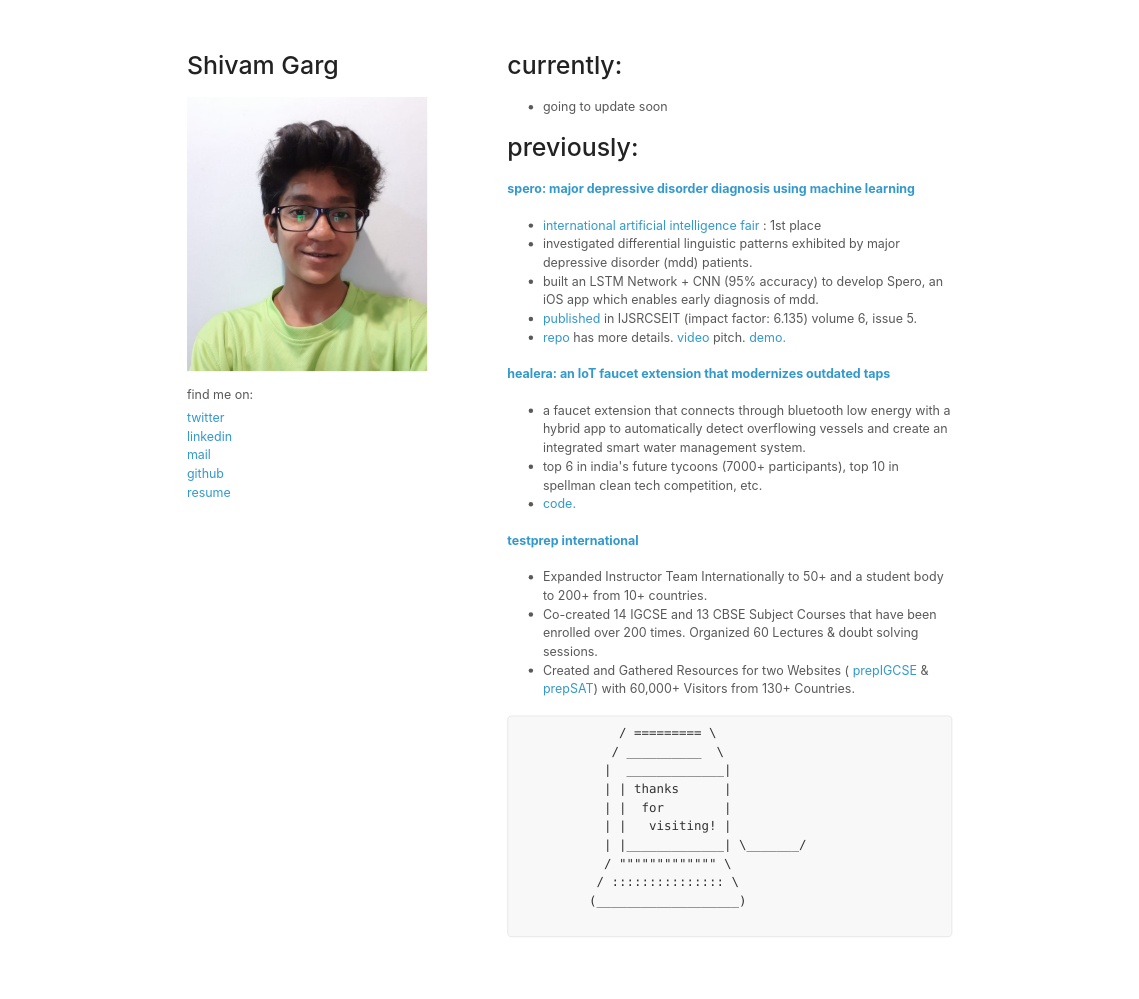
Repository: 22shivam/22shivam.github.io
Page: index.html
The author's editor kept a copy of each file at every save. The page is drawn from the files as they stood at one save, then again after the next save.
The browser window is 1280 px wide. The pictures show the whole page, at 89% of full size.

Above is the page before, as saved 2024-06-17 19:05:16.

### index.html
<!doctype html>
<html>

<head>
  <meta charset="utf-8">
  <meta http-equiv="X-UA-Compatible" content="chrome=1">
  <title>Shivam Garg</title>

  <link rel="apple-touch-icon" sizes="180x180" href="assets/favicon/apple-touch-icon.png">
  <link rel="icon" type="image/png" sizes="32x32" href="assets/favicon/favicon-32x32.png">
  <link rel="icon" type="image/png" sizes="16x16" href="assets/favicon/favicon-16x16.png">
  <link rel="manifest" href="assets/favicon/site.webmanifest">
  <title>Shivam Garg</title>
  <meta charset="utf-8">
  <meta name="description" content="hi i am shivam! i love making and learning about new things">
  <meta name="keywords" content="Shivam Garg, Shivam, Personal Website, smgarg, Shivam Manish Garg">
  <link rel="author" href="https://plus.google.com/{{googlePlusId}}" />
  <!-- TODO: fix link below -->
  <link rel="canonical" href="/" />
  <meta name="author" content="Shivam Garg">


  <link rel="stylesheet" href="css/styles.css">
  <link rel="stylesheet" href="css/pygment_trac.css">
  <meta name="viewport" content="width=device-width">
  <!--[if lt IE 9]>
    <script src="//html5shiv.googlecode.com/svn/trunk/html5.js"></script>
    <![endif]-->
</head>

<body>
  <div class="wrapper">
    <header>
      <h1>Shivam Garg</h1>
      <img src="assets/publicPhoto.jpeg" alt="Shivam Garg" height="" width="">
      <p style="margin-bottom: 5px; margin-top: 10px;">find me on:</p>
      <div class="view"><a href="https://twitter.com/0xshivamg/" target="_blank">twitter</a></div>
      <div class="view"><a href="https://www.linkedin.com/in/shivammgarg" target="_blank">linkedin</a></div>
      <div class="view"><a href="mailto:shivamg2604@gmail.com" target="_blank">mail</a></div>
      <div class="view"><a href="https://github.com/22shivam/" target="_blank">github</a></div>
      <div class="view"><a href="/resume.pdf" target="_blank">resume</a></div>

    </header>
    <section>
      <h1>currently:</h1>

      <ul>
        <li> going to update soon</li>
        <!-- <li> dabbling with Web3 stuff, Solidity, and DApp development </li>
        <li> currently building <a href="https://ratemyfood.tech/" target="_blank"> ratemyfood.tech </a></li> -->
        <!-- <li> reading the psychology of money </li> -->

      </ul>


      <h1>previously:</h1>

      <p><a href="#"><b>spero: major depressive disorder diagnosis using machine learning</b></a></p>
      <ul>
        <li><a href="https://www.facebook.com/watch/?v=3315503535234343" target="_blanket">international artificial
            intelligence fair </a>: 1st place</li>
        <li> investigated differential linguistic patterns exhibited by major depressive disorder (mdd) patients. </li>
        <li> built an LSTM Network + CNN (95% accuracy) to develop Spero, an iOS app which enables early diagnosis of
          mdd. </li>
        <li> <a href="https://drive.google.com/file/d/13emORumQpy178YOz-o1TLWc3oEMG_0Zk/view?usp=sharing"
            target="_blank">published</a> in IJSRCSEIT (impact factor: 6.135) volume 6, issue 5. </li>
        <li><a href="https://github.com/yumibyte/DepressionAnalysisApp" target="_blank">repo</a> has more details. <a
            href="https://youtu.be/BRpB7O93rG8" target="_blank">video </a>pitch. <a
            href="https://drive.google.com/file/d/1xZBEsI2Kvl0hXr1HkGOkEOxA6GYMHvkU/view?usp=sharing"
            target="_blank">demo.</a></li>
      </ul>

      <p><a href="#"><b>healera: an IoT faucet extension that modernizes outdated taps</b></a></p>
      <ul>
        <li> a faucet extension that connects through bluetooth low energy with a hybrid app to automatically detect
          overflowing vessels and create an integrated smart water management system. </li>
        <li>top 6 in india's future tycoons (7000+ participants), top 10 in spellman clean tech competition, etc.</li>
        <li><a href="https://create.arduino.cc/editor/shivam26/1d686c51-6e04-4531-b3fc-80d3e8be87ea/preview"
            target="_blank">code.</a> </li>
      </ul>

      <p><a href="https://testprepintl.wixsite.com/testprep" target="_blank"><b>testprep international</b></a></p>
      <ul>
        <li>Expanded Instructor Team Internationally to 50+ and a student body to 200+ from 10+ countries.</li>
        <li>Co-created 14 IGCSE and 13 CBSE Subject Courses that have been enrolled over 200 times. Organized 60
          Lectures & doubt solving sessions. </li>
        <li>Created and Gathered Resources for two Websites ( <a href="https://igcse.school.blog/"
            target="_blank">prepIGCSE</a> & <a href="https://prepsatinfo.wordpress.com/" target="_blank">prepSAT</a>)
          with 60,000+ Visitors from 130+ Countries. </li>
      </ul>

      <!-- <p><a href="https://covidhope.litcot.org/" target="_blank"><b>the covidhope initiative</b></a></p>
      <ul>
        <li>recruited 17 editors and designers for the 216-page anthology and oversaw internal operations.</li>
        <li>released anthology in several online stores.</li>
        <li>recognised by <a
            href="https://www.unmgcy.org/youth-initiatives/2020/9/9/the-covidhope-initiative?fbclid=IwAR1hHeQ0HqLZF7lZqmeBwSabEhB1bpDe8zFZsVwr8dct0wwqOb93iT0AzrM"
            target="_blank">united nations major group for children and youth</a> and WHO's weekly operational update on
          covid-19 (<a
            href="https://www.who.int/publications/m/item/weekly-operational-update-on-covid-19---24-may-2021"
            target="_blank">issue 56</a>, page 7).</li>
      </ul> -->

      <!-- <p><a href="#"><b>this is actually a title placeholder</b></a></p>
        <ul>
            <li>bullet <b>1</b></li>
            <li>bullet 2</li>
            <li>bullet 3</li>
        </ul> -->

      <!-- <h1>essays:</h1>
      &#10024; fun stuff coming soon &#10024;
      <br>
      <br>

      <h1>reading list</h1>
      <ul>
        <li>the psychology of money by morgan housel </li>
        <li>the almanack of naval ravikant by eric jorgenson</li>
      </ul> -->

      <!-- <h1>random:</h1>
          <ul>
            <li>random 1:</li>
            <li>random 2:</li>
            <li>random 3:</li>
          </ul>

          <h1>features:</h1>
          <ul>
            <li>feature 1:</li>
            <li>feature 2:</li>
            <li>feature 3:</li>
          </ul>

          <h1>gallery:</h1>
          <ul>
            <li>feature 1:</li>
            <li>feature 2:</li>
            <li>feature 3:</li>
          </ul> -->




      <pre>
             / ========= \
            / __________  \
           |  _____________|
           | | thanks      |
           | |  for        |
           | |   visiting! |
           | |_____________| \_______/
           / """"""""""""" \
          / ::::::::::::::: \
         (___________________)
        </pre>
    </section>
    <footer>
      <!-- <p><small>Last Updated: August 21, 2021</small></p> -->
    </footer>
  </div>
  <script src="js/scale.fix.js"></script>
</body>

</html>

### css/styles.css
body {
  background-color: #fff;
  padding:50px;
  font: 14px/1.5 -apple-system, BlinkMacSystemFont, "Segoe UI", Roboto, Oxygen, Ubuntu, Cantarell, "Fira Sans", "Droid Sans", "Helvetica Neue", Arial, sans-serif, "Apple Color Emoji", "Segoe UI Emoji", "Segoe UI Symbol";
  color:#595959;
  font-weight:400;
}

h1, h2, h3, h4, h5, h6 {
  color:#222;
  margin:0 0 20px;
}

p, ul, ol, table, pre, dl {
  margin:0 0 20px;
}

h1, h2, h3 {
  line-height:1.1;
}

h1 {
  font-size:28px;
  font-weight: 500;
}

h2 {
  color:#393939;
  font-weight: 500;
}

h3, h4, h5, h6 {
  color:#494949;
  font-weight: 500;
}

a {
  color:#39c;
  text-decoration:none;
}

a:hover {
  color:#069;
}

a small {
  font-size:11px;
  color:#777;
  margin-top:-0.3em;
  display:block;
}

a:hover small {
  color:#777;
}

.wrapper {
  width:860px;
  margin:0 auto;
}

blockquote {
  border-left:1px solid #e5e5e5;
  margin:0;
  padding:0 0 0 20px;
  font-style:italic;
}

code, pre {
  font-family:Monaco, Bitstream Vera Sans Mono, Lucida Console, Terminal, Consolas, Liberation Mono, DejaVu Sans Mono, Courier New, monospace;
  color:#333;
}

pre {
  padding:8px 15px;
  background: #f8f8f8;
  border-radius:5px;
  border:1px solid #e5e5e5;
  overflow-x: auto;
}

table {
  width:100%;
  border-collapse:collapse;
}

th, td {
  text-align:left;
  padding:5px 10px;
  border-bottom:1px solid #e5e5e5;
}

dt {
  color:#444;
  font-weight:500;
}

th {
  color:#444;
}

img {
  max-width:100%;
}

header {
  width:270px;
  float:left;
  position:fixed;
  -webkit-font-smoothing:subpixel-antialiased;
}

header ul {
  list-style:none;
  height:40px;
  padding:0;
  background: #f4f4f4;
  border-radius:5px;
  border:1px solid #e0e0e0;
  width:270px;
}

header li {
  width:89px;
  float:left;
  border-right:1px solid #e0e0e0;
  height:40px;
}

header li:first-child a {
  border-radius:5px 0 0 5px;
}

header li:last-child a {
  border-radius:0 5px 5px 0;
}

header ul a {
  line-height:1;
  font-size:11px;
  color:#999;
  display:block;
  text-align:center;
  padding-top:6px;
  height:34px;
}

header ul a:hover {
  color:#999;
}

header ul a:active {
  background-color:#f0f0f0;
}

strong {
  color:#222;
  font-weight:500;
}

header ul li + li + li {
  border-right:none;
  width:89px;
}

header ul a strong {
  font-size:14px;
  display:block;
  color:#222;
}

section {
  width:500px;
  float:right;
  padding-bottom:50px;
}

small {
  font-size:11px;
}

hr {
  border:0;
  background:#e5e5e5;
  height:1px;
  margin:0 0 20px;
}

footer {
  width:270px;
  float:left;
  position:fixed;
  bottom:50px;
  -webkit-font-smoothing:subpixel-antialiased;
}

@media print, screen and (max-width: 960px) {

  div.wrapper {
    width:auto;
    margin:0;
  }

  header, section, footer {
    float:none;
    position:static;
    width:auto;
  }

  header {
    padding-right:320px;
  }

  section {
    border:1px solid #e5e5e5;
    border-width:1px 0;
    padding:20px 0;
    margin:0 0 20px;
  }

  header a small {
    display:inline;
  }

  header ul {
    position:absolute;
    right:50px;
    top:52px;
  }
}

@media print, screen and (max-width: 720px) {
  body {
    word-wrap:break-word;
  }

  header {
    padding:0;
  }

  header ul, header p.view {
    position:static;
  }

  pre, code {
    word-wrap:normal;
  }
}

@media print, screen and (max-width: 480px) {
  body {
    padding:15px;
  }

  header ul {
    width:99%;
  }

  header li, header ul li + li + li {
    width:33%;
  }
}

@media print {
  body {
    padding:0.4in;
    font-size:12pt;
    color:#444;
  }
}

### css/pygment_trac.css
.highlight  { background: #ffffff; }
.highlight .c { color: #999988; font-style: italic } /* Comment */
.highlight .err { color: #a61717; background-color: #e3d2d2 } /* Error */
.highlight .k { font-weight: bold } /* Keyword */
.highlight .o { font-weight: bold } /* Operator */
.highlight .cm { color: #999988; font-style: italic } /* Comment.Multiline */
.highlight .cp { color: #999999; font-weight: bold } /* Comment.Preproc */
.highlight .c1 { color: #999988; font-style: italic } /* Comment.Single */
.highlight .cs { color: #999999; font-weight: bold; font-style: italic } /* Comment.Special */
.highlight .gd { color: #000000; background-color: #ffdddd } /* Generic.Deleted */
.highlight .gd .x { color: #000000; background-color: #ffaaaa } /* Generic.Deleted.Specific */
.highlight .ge { font-style: italic } /* Generic.Emph */
.highlight .gr { color: #aa0000 } /* Generic.Error */
.highlight .gh { color: #999999 } /* Generic.Heading */
.highlight .gi { color: #000000; background-color: #ddffdd } /* Generic.Inserted */
.highlight .gi .x { color: #000000; background-color: #aaffaa } /* Generic.Inserted.Specific */
.highlight .go { color: #888888 } /* Generic.Output */
.highlight .gp { color: #555555 } /* Generic.Prompt */
.highlight .gs { font-weight: bold } /* Generic.Strong */
.highlight .gu { color: #800080; font-weight: bold; } /* Generic.Subheading */
.highlight .gt { color: #aa0000 } /* Generic.Traceback */
.highlight .kc { font-weight: bold } /* Keyword.Constant */
.highlight .kd { font-weight: bold } /* Keyword.Declaration */
.highlight .kn { font-weight: bold } /* Keyword.Namespace */
.highlight .kp { font-weight: bold } /* Keyword.Pseudo */
.highlight .kr { font-weight: bold } /* Keyword.Reserved */
.highlight .kt { color: #445588; font-weight: bold } /* Keyword.Type */
.highlight .m { color: #009999 } /* Literal.Number */
.highlight .s { color: #d14 } /* Literal.String */
.highlight .na { color: #008080 } /* Name.Attribute */
.highlight .nb { color: #0086B3 } /* Name.Builtin */
.highlight .nc { color: #445588; font-weight: bold } /* Name.Class */
.highlight .no { color: #008080 } /* Name.Constant */
.highlight .ni { color: #800080 } /* Name.Entity */
.highlight .ne { color: #990000; font-weight: bold } /* Name.Exception */
.highlight .nf { color: #990000; font-weight: bold } /* Name.Function */
.highlight .nn { color: #555555 } /* Name.Namespace */
.highlight .nt { color: #000080 } /* Name.Tag */
.highlight .nv { color: #008080 } /* Name.Variable */
.highlight .ow { font-weight: bold } /* Operator.Word */
.highlight .w { color: #bbbbbb } /* Text.Whitespace */
.highlight .mf { color: #009999 } /* Literal.Number.Float */
.highlight .mh { color: #009999 } /* Literal.Number.Hex */
.highlight .mi { color: #009999 } /* Literal.Number.Integer */
.highlight .mo { color: #009999 } /* Literal.Number.Oct */
.highlight .sb { color: #d14 } /* Literal.String.Backtick */
.highlight .sc { color: #d14 } /* Literal.String.Char */
.highlight .sd { color: #d14 } /* Literal.String.Doc */
.highlight .s2 { color: #d14 } /* Literal.String.Double */
.highlight .se { color: #d14 } /* Literal.String.Escape */
.highlight .sh { color: #d14 } /* Literal.String.Heredoc */
.highlight .si { color: #d14 } /* Literal.String.Interpol */
.highlight .sx { color: #d14 } /* Literal.String.Other */
.highlight .sr { color: #009926 } /* Literal.String.Regex */
.highlight .s1 { color: #d14 } /* Literal.String.Single */
.highlight .ss { color: #990073 } /* Literal.String.Symbol */
.highlight .bp { color: #999999 } /* Name.Builtin.Pseudo */
.highlight .vc { color: #008080 } /* Name.Variable.Class */
.highlight .vg { color: #008080 } /* Name.Variable.Global */
.highlight .vi { color: #008080 } /* Name.Variable.Instance */
.highlight .il { color: #009999 } /* Literal.Number.Integer.Long */

.type-csharp .highlight .k { color: #0000FF }
.type-csharp .highlight .kt { color: #0000FF }
.type-csharp .highlight .nf { color: #000000; font-weight: normal }
.type-csharp .highlight .nc { color: #2B91AF }
.type-csharp .highlight .nn { color: #000000 }
.type-csharp .highlight .s { color: #A31515 }
.type-csharp .highlight .sc { color: #A31515 }

Loaded but not shown: js/scale.fix.js (common file)

After the next save:
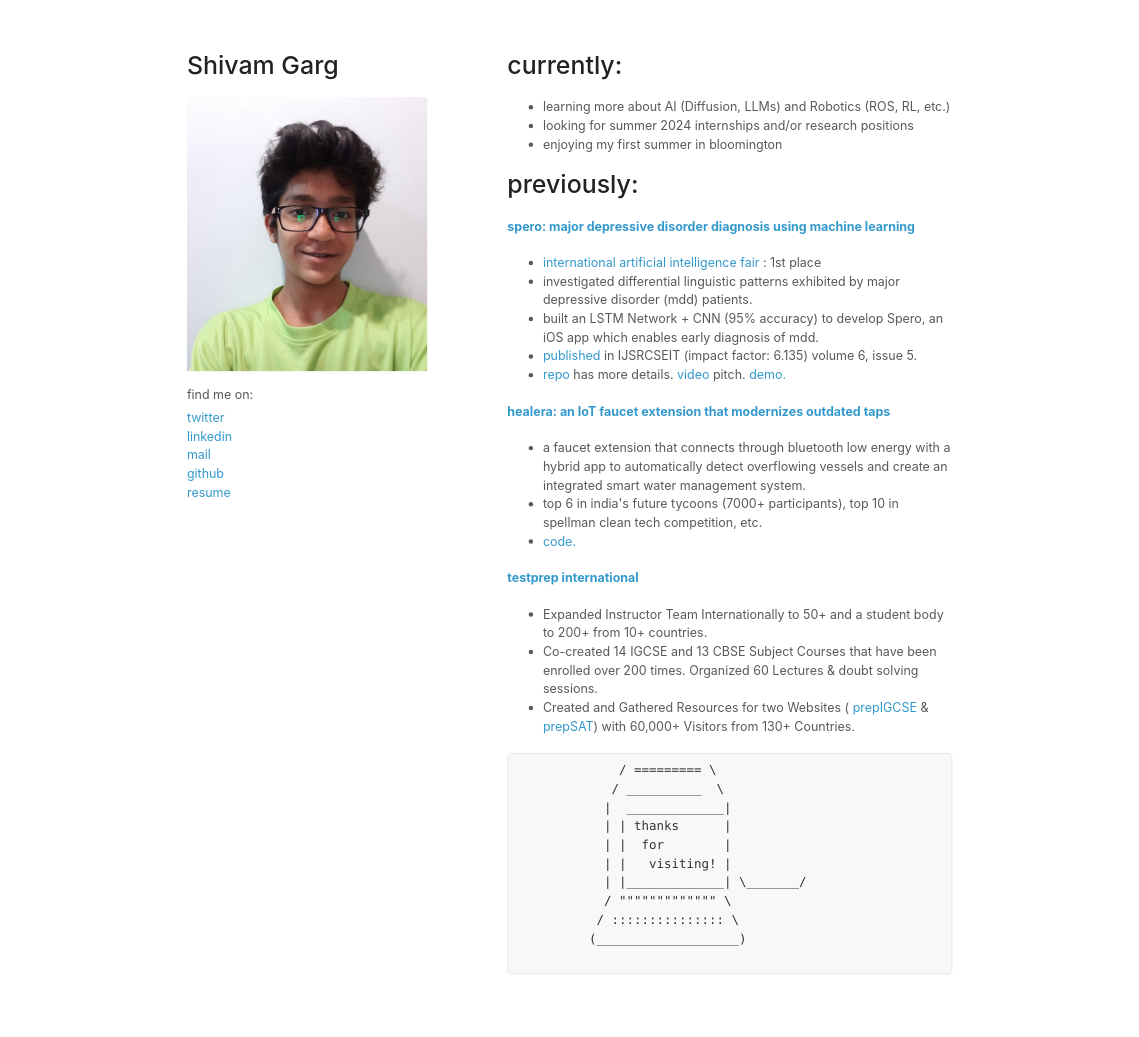
Saved 3 min 4 s later.
--- a/index.html
+++ b/index.html
@@ -34,7 +34,7 @@
       <h1>Shivam Garg</h1>
       <img src="assets/publicPhoto.jpeg" alt="Shivam Garg" height="" width="">
       <p style="margin-bottom: 5px; margin-top: 10px;">find me on:</p>
-      <div class="view"><a href="https://twitter.com/0xshivamg/" target="_blank">twitter</a></div>
+      <div class="view"><a href="https://twitter.com/smgarg_/" target="_blank">twitter</a></div>
       <div class="view"><a href="https://www.linkedin.com/in/shivammgarg" target="_blank">linkedin</a></div>
       <div class="view"><a href="mailto:shivamg2604@gmail.com" target="_blank">mail</a></div>
       <div class="view"><a href="https://github.com/22shivam/" target="_blank">github</a></div>
@@ -45,11 +45,9 @@
       <h1>currently:</h1>
 
       <ul>
-        <li> going to update soon</li>
-        <!-- <li> dabbling with Web3 stuff, Solidity, and DApp development </li>
-        <li> currently building <a href="https://ratemyfood.tech/" target="_blank"> ratemyfood.tech </a></li> -->
-        <!-- <li> reading the psychology of money </li> -->
-
+        <li>learning more about AI (Diffusion, LLMs) and Robotics (ROS, RL, etc.)</li>
+        <li>looking for summer 2024 internships and/or research positions</li>
+        <li>enjoying my first summer in bloomington</li>
       </ul>
 
 
